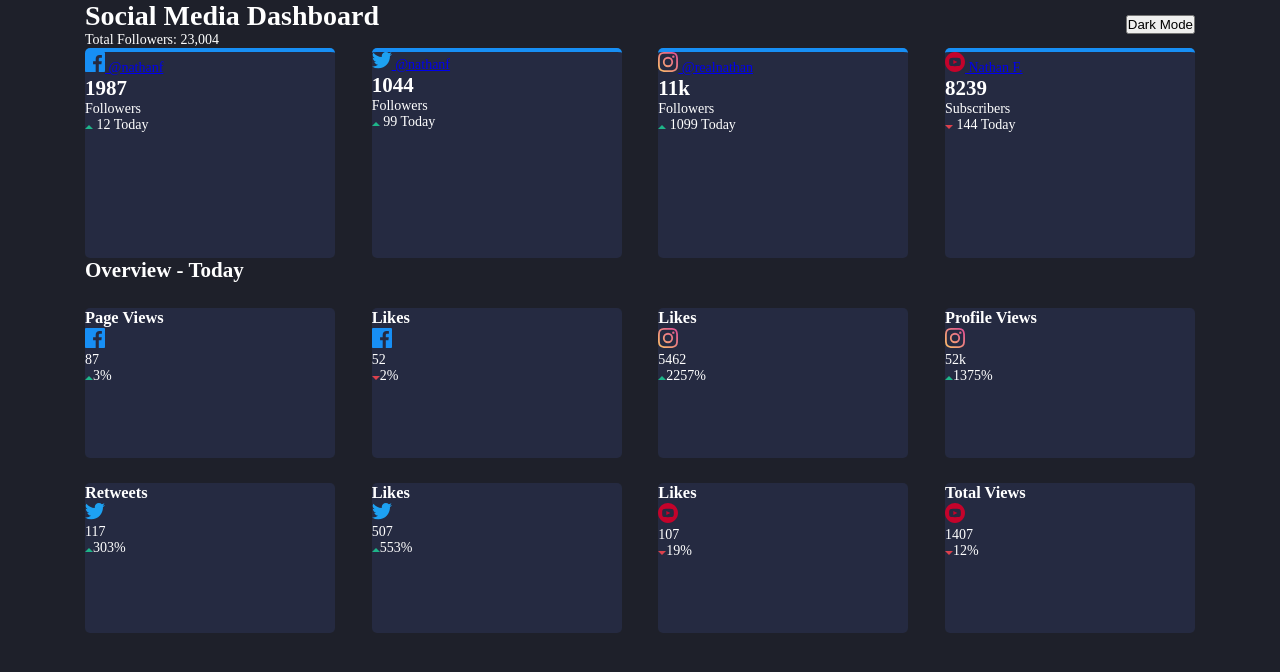
Repository: mamulini/social-media-dashboard-with-theme-switcher-master
Page: index.html
The author's editor kept a copy of each file at every save. The page is drawn from the files as they stood at one save, then again after the next save.
The browser window is 1280 px wide. The pictures show the whole page.

Above is the page before, as saved 2020-04-06 13:59:48.

### index.html
<!DOCTYPE html>
<html lang="en">

<head>
  <meta charset="UTF-8">
  <meta name="viewport" content="width=device-width, initial-scale=1.0">
  <link rel="icon" type="image/png" sizes="32x32" href="./images/favicon-32x32.png">
  <link rel="stylesheet" href="./css/style.css">
  <title>Frontend Mentor | [Challenge Name Here]</title>
</head>

<body>
  <main class="dashboard container">
    <header class="header">
      <div class="title">
        <h1 class="title__name">Social Media Dashboard</h1>
        <p class="title__total">Total Followers: 23,004</p>
      </div>
      <button class="theme" type="button">Dark Mode</button>
    </header>
    <div class="followers_block">
      <div class="folowers">

        <a class="followers__link" href="#"><svg xmlns="http://www.w3.org/2000/svg" width="20" height="20">
          <path fill="#178FF5" d="M18.896 0H1.104C.494 0 0 .494 0 1.104v17.793C0 19.506.494 20 1.104 20h9.58v-7.745H8.076V9.237h2.606V7.01c0-2.583 1.578-3.99 3.883-3.99 1.104 0 2.052.082 2.329.119v2.7h-1.598c-1.254 0-1.496.597-1.496 1.47v1.928h2.989l-.39 3.018h-2.6V20h5.098c.608 0 1.102-.494 1.102-1.104V1.104C20 .494 19.506 0 18.896 0z"/>
        </svg> @nathanf</a>
        <h2 class="followers__sum">1987</h2>
        <p class="followers__title">Followers</p>
        <p class="followers__today"><svg xmlns="http://www.w3.org/2000/svg" width="8" height="4"><path fill="#1EB589" fill-rule="evenodd" d="M0 4l4-4 4 4z"/></svg> 12 Today</p>
      </div>
      <div class="folowers">
        <a class="followers__link" href="#"><svg xmlns="http://www.w3.org/2000/svg" width="20" height="17"><path fill="#1DA1F2" d="M20 1.924a8.192 8.192 0 01-2.357.646A4.11 4.11 0 0019.448.3a8.22 8.22 0 01-2.606.996A4.096 4.096 0 0013.847 0c-2.65 0-4.596 2.472-3.998 5.037A11.648 11.648 0 011.392.752a4.109 4.109 0 001.27 5.478 4.086 4.086 0 01-1.858-.513C.76 7.616 2.122 9.395 4.095 9.79a4.113 4.113 0 01-1.853.07 4.106 4.106 0 003.833 2.849A8.25 8.25 0 010 14.41a11.616 11.616 0 006.29 1.843c7.618 0 11.922-6.434 11.663-12.205A8.354 8.354 0 0020 1.924z"/></svg> @nathanf</a>
        <h2 class="followers__sum">1044</h2>
        <p class="followers__title">Followers</p>
        <p class="followers__today"><svg xmlns="http://www.w3.org/2000/svg" width="8" height="4"><path fill="#1EB589" fill-rule="evenodd" d="M0 4l4-4 4 4z"/></svg> 99 Today</p>
      </div>
      <div class="folowers folowers--instagram">
        <a class="followers__link" href="#"><svg xmlns="http://www.w3.org/2000/svg" width="20" height="20"><defs><linearGradient id="a" x1="100%" x2="0%" y1="0%" y2="100%"><stop offset="0%" stop-color="#DF4896"/><stop offset="50.913%" stop-color="#EE877E"/><stop offset="100%" stop-color="#FDC366"/></linearGradient></defs><path fill="url(#a)" d="M10 1.802c2.67 0 2.987.01 4.042.059 2.71.123 3.975 1.409 4.099 4.099.048 1.054.057 1.37.057 4.04 0 2.672-.01 2.988-.057 4.042-.124 2.687-1.387 3.975-4.1 4.099-1.054.048-1.37.058-4.041.058-2.67 0-2.987-.01-4.04-.058-2.717-.124-3.977-1.416-4.1-4.1-.048-1.054-.058-1.37-.058-4.041 0-2.67.01-2.986.058-4.04.124-2.69 1.387-3.977 4.1-4.1 1.054-.048 1.37-.058 4.04-.058zM10 0C7.284 0 6.944.012 5.878.06 2.246.227.228 2.242.06 5.877.01 6.944 0 7.284 0 10s.012 3.057.06 4.123c.167 3.632 2.182 5.65 5.817 5.817 1.067.048 1.407.06 4.123.06s3.057-.012 4.123-.06c3.629-.167 5.652-2.182 5.816-5.817.05-1.066.061-1.407.061-4.123s-.012-3.056-.06-4.122C19.777 2.249 17.76.228 14.124.06 13.057.01 12.716 0 10 0zm0 4.865a5.135 5.135 0 100 10.27 5.135 5.135 0 000-10.27zm0 8.468a3.333 3.333 0 110-6.666 3.333 3.333 0 010 6.666zm5.338-9.87a1.2 1.2 0 100 2.4 1.2 1.2 0 000-2.4z"/></svg> @realnathan</a>
        <h2 class="followers__sum">11k</h2>
        <p class="followers__title">Followers</p>
        <p class="followers__today"><svg xmlns="http://www.w3.org/2000/svg" width="8" height="4"><path fill="#1EB589" fill-rule="evenodd" d="M0 4l4-4 4 4z"/></svg> 1099 Today</p>
      </div>
      <div class="folowers">
        <a class="followers__link" href="#"><svg xmlns="http://www.w3.org/2000/svg" width="20" height="20"><path fill="#C4032B" d="M10 0C4.478 0 0 4.478 0 10c0 5.523 4.478 10 10 10 5.523 0 10-4.477 10-10 0-5.522-4.477-10-10-10zm3.7 14.077c-1.75.12-5.652.12-7.402 0-1.896-.13-2.117-1.059-2.131-4.077.014-3.024.237-3.947 2.131-4.077 1.75-.12 5.652-.12 7.403 0 1.897.13 2.117 1.059 2.132 4.077-.015 3.024-.237 3.947-2.132 4.077zM8.334 8.048l4.098 1.949-4.098 1.955V8.048z"/></svg> Nathan F.</a>
        <h2 class="followers__sum">8239</h2>
        <p class="followers__title">Subscribers</p>
        <p class="followers__today"><svg xmlns="http://www.w3.org/2000/svg" width="8" height="4"><path fill="#DC414C" fill-rule="evenodd" d="M0 0l4 4 4-4z"/></svg> 144 Today</p>
      </div>

    </div>
    <div class="overview">
      <h2 class="overview__title">Overview - Today</h2>
    </div>
    <div class="likes_counter">
      <div class="likes">
        <h3 class="likes__title">Page Views</h3>
        <svg xmlns="http://www.w3.org/2000/svg" width="20" height="20"><path fill="#178FF5" d="M18.896 0H1.104C.494 0 0 .494 0 1.104v17.793C0 19.506.494 20 1.104 20h9.58v-7.745H8.076V9.237h2.606V7.01c0-2.583 1.578-3.99 3.883-3.99 1.104 0 2.052.082 2.329.119v2.7h-1.598c-1.254 0-1.496.597-1.496 1.47v1.928h2.989l-.39 3.018h-2.6V20h5.098c.608 0 1.102-.494 1.102-1.104V1.104C20 .494 19.506 0 18.896 0z"/></svg>
        <p class="likes__num">87</p>
        <p class="likes__procent"><svg xmlns="http://www.w3.org/2000/svg" width="8" height="4"><path fill="#1EB589" fill-rule="evenodd" d="M0 4l4-4 4 4z"/></svg>3%</p>
      </div>
      <div class="likes">
        <h3 class="likes__title">Likes</h3>
        <svg xmlns="http://www.w3.org/2000/svg" width="20" height="20"><path fill="#178FF5" d="M18.896 0H1.104C.494 0 0 .494 0 1.104v17.793C0 19.506.494 20 1.104 20h9.58v-7.745H8.076V9.237h2.606V7.01c0-2.583 1.578-3.99 3.883-3.99 1.104 0 2.052.082 2.329.119v2.7h-1.598c-1.254 0-1.496.597-1.496 1.47v1.928h2.989l-.39 3.018h-2.6V20h5.098c.608 0 1.102-.494 1.102-1.104V1.104C20 .494 19.506 0 18.896 0z"/></svg>
        <p class="likes__num">52</p>
        <p class="likes__procent"><svg xmlns="http://www.w3.org/2000/svg" width="8" height="4"><path fill="#DC414C" fill-rule="evenodd" d="M0 0l4 4 4-4z"/></svg>2%</p>
      </div>
      <div class="likes">
        <h3 class="likes__title">Likes</h3>
        <svg xmlns="http://www.w3.org/2000/svg" width="20" height="20"><defs><linearGradient id="a" x1="100%" x2="0%" y1="0%" y2="100%"><stop offset="0%" stop-color="#DF4896"/><stop offset="50.913%" stop-color="#EE877E"/><stop offset="100%" stop-color="#FDC366"/></linearGradient></defs><path fill="url(#a)" d="M10 1.802c2.67 0 2.987.01 4.042.059 2.71.123 3.975 1.409 4.099 4.099.048 1.054.057 1.37.057 4.04 0 2.672-.01 2.988-.057 4.042-.124 2.687-1.387 3.975-4.1 4.099-1.054.048-1.37.058-4.041.058-2.67 0-2.987-.01-4.04-.058-2.717-.124-3.977-1.416-4.1-4.1-.048-1.054-.058-1.37-.058-4.041 0-2.67.01-2.986.058-4.04.124-2.69 1.387-3.977 4.1-4.1 1.054-.048 1.37-.058 4.04-.058zM10 0C7.284 0 6.944.012 5.878.06 2.246.227.228 2.242.06 5.877.01 6.944 0 7.284 0 10s.012 3.057.06 4.123c.167 3.632 2.182 5.65 5.817 5.817 1.067.048 1.407.06 4.123.06s3.057-.012 4.123-.06c3.629-.167 5.652-2.182 5.816-5.817.05-1.066.061-1.407.061-4.123s-.012-3.056-.06-4.122C19.777 2.249 17.76.228 14.124.06 13.057.01 12.716 0 10 0zm0 4.865a5.135 5.135 0 100 10.27 5.135 5.135 0 000-10.27zm0 8.468a3.333 3.333 0 110-6.666 3.333 3.333 0 010 6.666zm5.338-9.87a1.2 1.2 0 100 2.4 1.2 1.2 0 000-2.4z"/></svg>
        <p class="likes__num">5462</p>
        <p class="likes__procent"><svg xmlns="http://www.w3.org/2000/svg" width="8" height="4"><path fill="#1EB589" fill-rule="evenodd" d="M0 4l4-4 4 4z"/></svg>2257%</p>
      </div>
      <div class="likes">
        <h3 class="likes__title">Profile Views</h3>
        <svg xmlns="http://www.w3.org/2000/svg" width="20" height="20"><defs><linearGradient id="a" x1="100%" x2="0%" y1="0%" y2="100%"><stop offset="0%" stop-color="#DF4896"/><stop offset="50.913%" stop-color="#EE877E"/><stop offset="100%" stop-color="#FDC366"/></linearGradient></defs><path fill="url(#a)" d="M10 1.802c2.67 0 2.987.01 4.042.059 2.71.123 3.975 1.409 4.099 4.099.048 1.054.057 1.37.057 4.04 0 2.672-.01 2.988-.057 4.042-.124 2.687-1.387 3.975-4.1 4.099-1.054.048-1.37.058-4.041.058-2.67 0-2.987-.01-4.04-.058-2.717-.124-3.977-1.416-4.1-4.1-.048-1.054-.058-1.37-.058-4.041 0-2.67.01-2.986.058-4.04.124-2.69 1.387-3.977 4.1-4.1 1.054-.048 1.37-.058 4.04-.058zM10 0C7.284 0 6.944.012 5.878.06 2.246.227.228 2.242.06 5.877.01 6.944 0 7.284 0 10s.012 3.057.06 4.123c.167 3.632 2.182 5.65 5.817 5.817 1.067.048 1.407.06 4.123.06s3.057-.012 4.123-.06c3.629-.167 5.652-2.182 5.816-5.817.05-1.066.061-1.407.061-4.123s-.012-3.056-.06-4.122C19.777 2.249 17.76.228 14.124.06 13.057.01 12.716 0 10 0zm0 4.865a5.135 5.135 0 100 10.27 5.135 5.135 0 000-10.27zm0 8.468a3.333 3.333 0 110-6.666 3.333 3.333 0 010 6.666zm5.338-9.87a1.2 1.2 0 100 2.4 1.2 1.2 0 000-2.4z"/></svg>
        <p class="likes__num">52k</p>
        <p class="likes__procent"><svg xmlns="http://www.w3.org/2000/svg" width="8" height="4"><path fill="#1EB589" fill-rule="evenodd" d="M0 4l4-4 4 4z"/></svg>1375%</p>
      </div>
      <div class="likes">
        <h3 class="likes__title">Retweets</h3>
        <svg xmlns="http://www.w3.org/2000/svg" width="20" height="17"><path fill="#1DA1F2" d="M20 1.924a8.192 8.192 0 01-2.357.646A4.11 4.11 0 0019.448.3a8.22 8.22 0 01-2.606.996A4.096 4.096 0 0013.847 0c-2.65 0-4.596 2.472-3.998 5.037A11.648 11.648 0 011.392.752a4.109 4.109 0 001.27 5.478 4.086 4.086 0 01-1.858-.513C.76 7.616 2.122 9.395 4.095 9.79a4.113 4.113 0 01-1.853.07 4.106 4.106 0 003.833 2.849A8.25 8.25 0 010 14.41a11.616 11.616 0 006.29 1.843c7.618 0 11.922-6.434 11.663-12.205A8.354 8.354 0 0020 1.924z"/></svg>
        <p class="likes__num">117</p>
        <p class="likes__procent"><svg xmlns="http://www.w3.org/2000/svg" width="8" height="4"><path fill="#1EB589" fill-rule="evenodd" d="M0 4l4-4 4 4z"/></svg>303%</p>
      </div>
      <div class="likes">
        <h3 class="likes__title">Likes</h3>
        <svg xmlns="http://www.w3.org/2000/svg" width="20" height="17"><path fill="#1DA1F2" d="M20 1.924a8.192 8.192 0 01-2.357.646A4.11 4.11 0 0019.448.3a8.22 8.22 0 01-2.606.996A4.096 4.096 0 0013.847 0c-2.65 0-4.596 2.472-3.998 5.037A11.648 11.648 0 011.392.752a4.109 4.109 0 001.27 5.478 4.086 4.086 0 01-1.858-.513C.76 7.616 2.122 9.395 4.095 9.79a4.113 4.113 0 01-1.853.07 4.106 4.106 0 003.833 2.849A8.25 8.25 0 010 14.41a11.616 11.616 0 006.29 1.843c7.618 0 11.922-6.434 11.663-12.205A8.354 8.354 0 0020 1.924z"/></svg>
        <p class="likes__num">507</p>
        <p class="likes__procent"><svg xmlns="http://www.w3.org/2000/svg" width="8" height="4"><path fill="#1EB589" fill-rule="evenodd" d="M0 4l4-4 4 4z"/></svg>553%</p>
      </div>
      <div class="likes">
        <h3 class="likes__title">Likes</h3>
        <svg xmlns="http://www.w3.org/2000/svg" width="20" height="20"><path fill="#C4032B" d="M10 0C4.478 0 0 4.478 0 10c0 5.523 4.478 10 10 10 5.523 0 10-4.477 10-10 0-5.522-4.477-10-10-10zm3.7 14.077c-1.75.12-5.652.12-7.402 0-1.896-.13-2.117-1.059-2.131-4.077.014-3.024.237-3.947 2.131-4.077 1.75-.12 5.652-.12 7.403 0 1.897.13 2.117 1.059 2.132 4.077-.015 3.024-.237 3.947-2.132 4.077zM8.334 8.048l4.098 1.949-4.098 1.955V8.048z"/></svg>
        <p class="likes__num">107</p>
        <p class="likes__procent"><svg xmlns="http://www.w3.org/2000/svg" width="8" height="4"><path fill="#DC414C" fill-rule="evenodd" d="M0 0l4 4 4-4z"/></svg>19%</p>
      </div>
      <div class="likes">
        <h3 class="likes__title">Total Views</h3>
        <svg xmlns="http://www.w3.org/2000/svg" width="20" height="20"><path fill="#C4032B" d="M10 0C4.478 0 0 4.478 0 10c0 5.523 4.478 10 10 10 5.523 0 10-4.477 10-10 0-5.522-4.477-10-10-10zm3.7 14.077c-1.75.12-5.652.12-7.402 0-1.896-.13-2.117-1.059-2.131-4.077.014-3.024.237-3.947 2.131-4.077 1.75-.12 5.652-.12 7.403 0 1.897.13 2.117 1.059 2.132 4.077-.015 3.024-.237 3.947-2.132 4.077zM8.334 8.048l4.098 1.949-4.098 1.955V8.048z"/></svg>
        <p class="likes__num">1407</p>
        <p class="likes__procent"><svg xmlns="http://www.w3.org/2000/svg" width="8" height="4"><path fill="#DC414C" fill-rule="evenodd" d="M0 0l4 4 4-4z"/></svg>12%</p>
      </div>
    </div>
  </main>
  <!-- <div class="attribution">
    Challenge by <a href="https://www.frontendmentor.io?ref=challenge" target="_blank">Frontend Mentor</a>.
    Coded by <a href="#">Your Name Here</a>.
  </div> -->
</body>

</html>

### css/style.css
*{
    padding: 0;
    margin: 0;
    box-sizing: border-box;
}

body{
    font-size: 14px;
    background: hsl(230, 17%, 14%);
    color: #ffffff;
}

.container{
    max-width: 1110px;
    margin: 0 auto;

}

.header{
    display: flex;
    justify-content: space-between;
    align-items: center;
}

.followers_block{
    display: flex;
    justify-content: space-between;
}

.folowers{
    width: 250px;
    height: 210px;
    border-top: 4px solid #178FF5;
    border-radius: 5px;
    background: hsl(228, 28%, 20%);
}

.folowers--instagram{

}

.likes_counter{
    display: flex;
    justify-content: space-between;
    flex-wrap: wrap;
}

.likes{
    flex: 0 0 calc(25% - #{$gap});
    width: 250px;
    height: 150px;
    background:  hsl(228, 28%, 20%);
    margin-top: 25px;
    border-radius: 5px;
}






.attribution { font-size: 11px; text-align: center; }
.attribution a { color: hsl(228, 45%, 44%); }

After the next save:
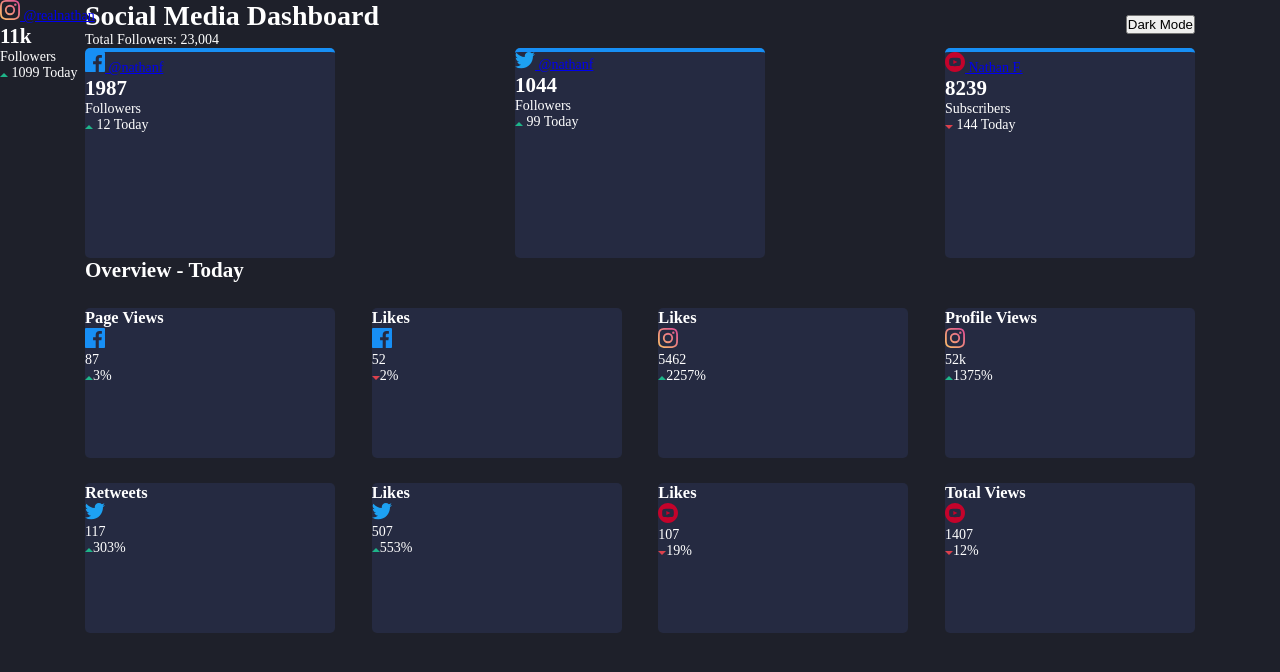
Saved 21 s later.
--- a/css/style.css
+++ b/css/style.css
@@ -36,7 +36,14 @@
 }
 
 .folowers--instagram{
-
+    content:'';
+    position:absolute;
+    width:100%;
+    height:4px;
+    background:linear-gradient(to left, #DF4896 0% , #EE877E 50%, #FDC366 100%);
+    top:-4px;
+    left:0;
+    border-radius: 5px 5px 0 0 ;
 }
 
 .likes_counter{

After the save that followed:
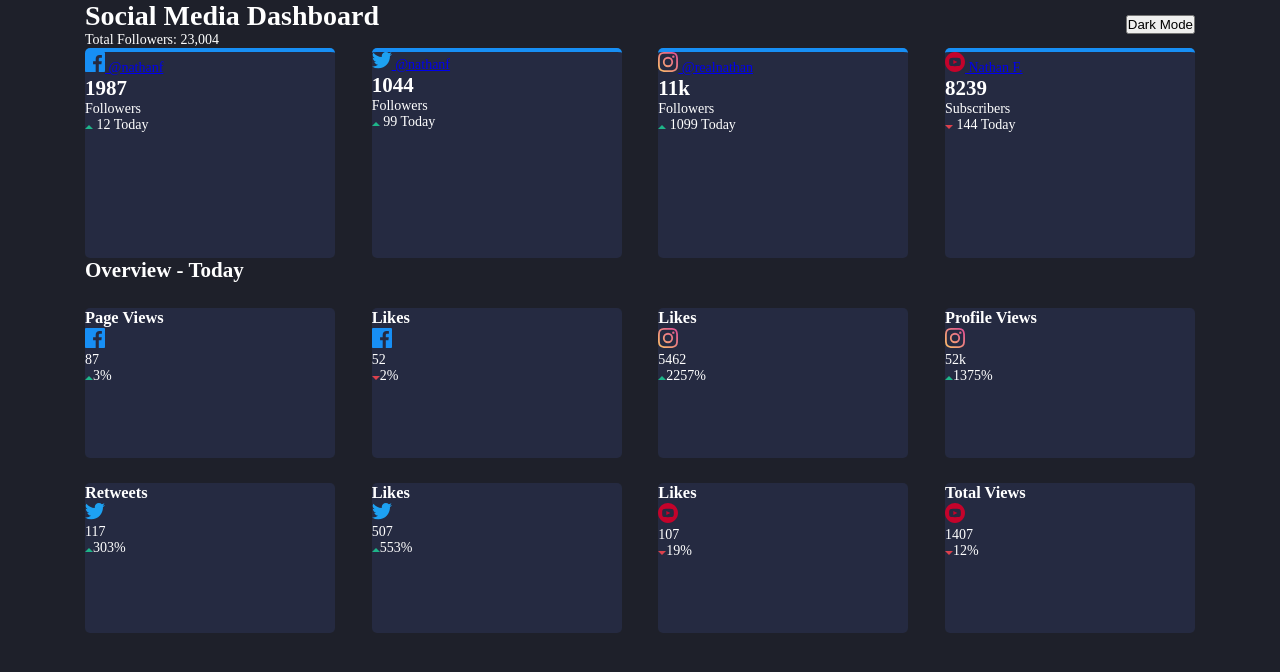
Saved 27 s later.
--- a/css/style.css
+++ b/css/style.css
@@ -35,7 +35,7 @@
     background: hsl(228, 28%, 20%);
 }
 
-.folowers--instagram{
+.folowers--instagram::before{
     content:'';
     position:absolute;
     width:100%;
